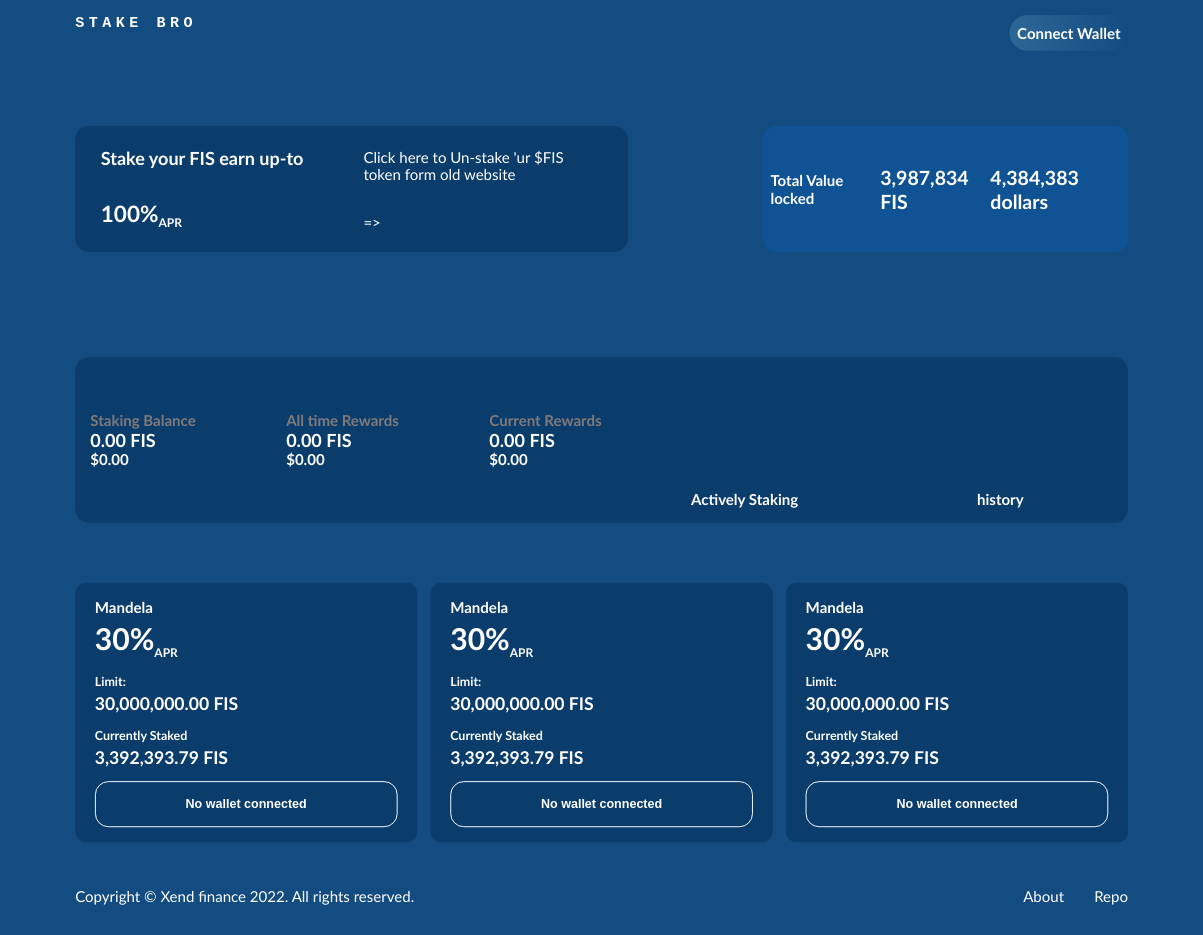
Repository: NorVirae/Stake
Page: /
An editor plug-in stored every save of this project. The page is shown before and after the next save, followed by the edit.
The browser window is 1280 px wide. The pictures show the whole page, at 94% of full size.
The project was rebuilt for these pictures with package versions that can differ from the ones it lists, and the page was loaded fresh each time.

Above is the page before, as saved 2022-04-18 02:49:27.

After the next save:
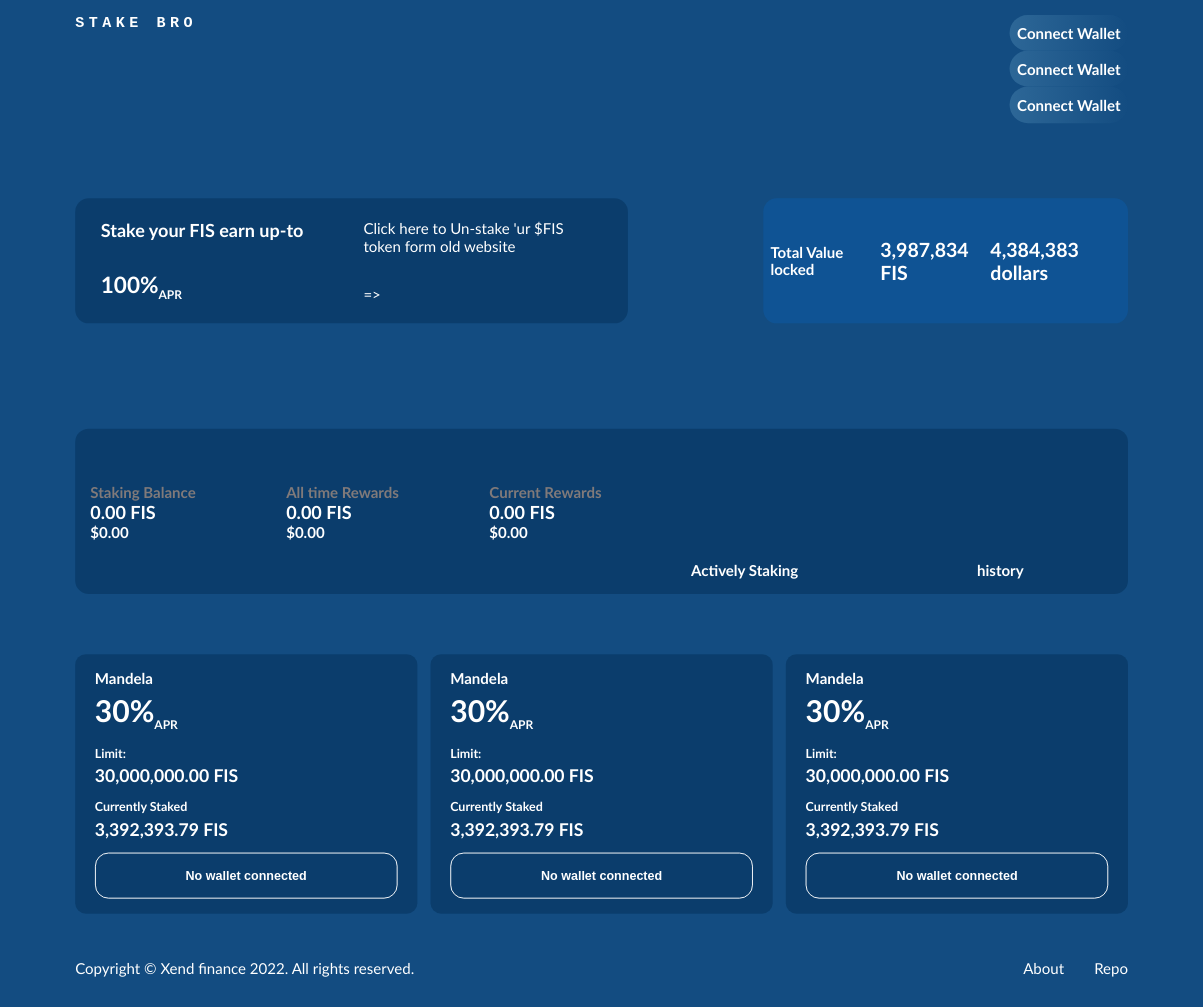
Saved 64 s later.
--- a/src/App.tsx
+++ b/src/App.tsx
@@ -13,6 +13,9 @@ function App() {
             <a href='logo' className='logo'>Stake Bro</a>
             <ul>
               <li className='connect-wallet-btn'>Connect Wallet</li>
+              <li className='connect-wallet-btn'>Connect Wallet</li>
+              <li className='connect-wallet-btn'>Connect Wallet</li>
+
             </ul>
         </nav>
       </header>
